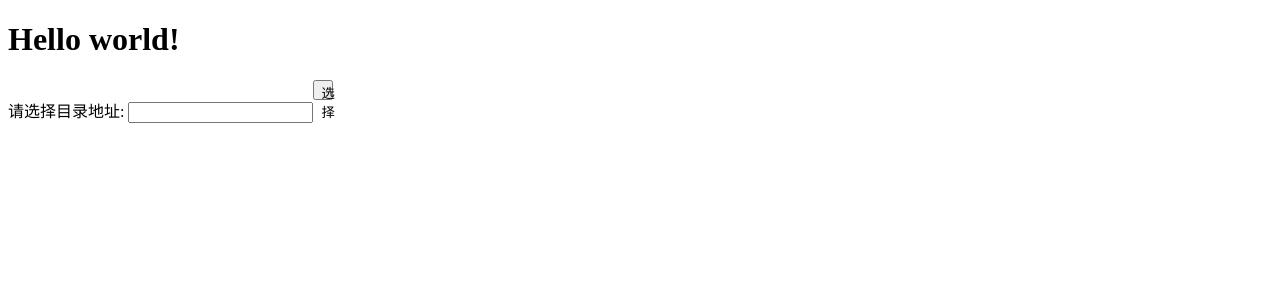
Repository: cjl1828103646/G25
Page: sqsx1/WebContent/index.html
These files come from the project's save history. The page is drawn as it stood at one moment and after the next save; the edit follows.
The browser window is 1280 px wide. The pictures show the whole page.

Above is the page before, as saved 2023-06-26 11:57:29.

After the next save:
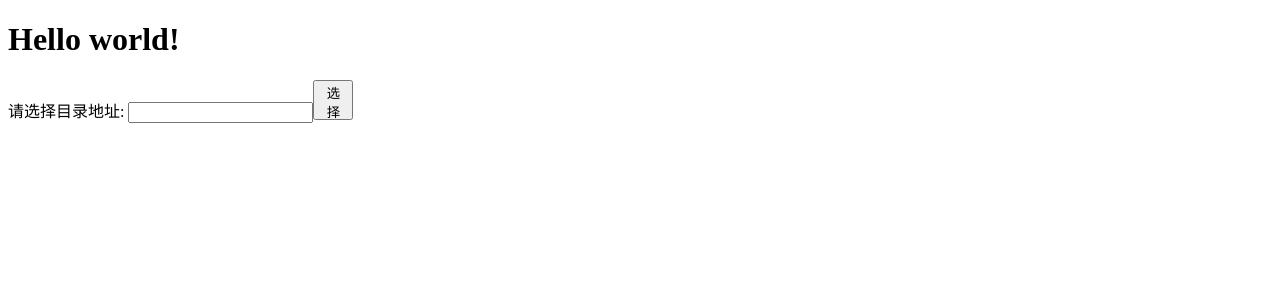
Saved 9 s later.
--- a/sqsx1/WebContent/index.html
+++ b/sqsx1/WebContent/index.html
@@ -6,6 +6,6 @@
 </head>
 <body>
 <h1>Hello world!</h1>
-<p>请选择目录地址:  <input type="text"><button id=bt1 style="height:20px;width:20px;">选择</button></p>
+<p>请选择目录地址:  <input type="text"><button id=bt1 style="height:40px;width:40px;">选择</button></p>
 </body>
 </html>
